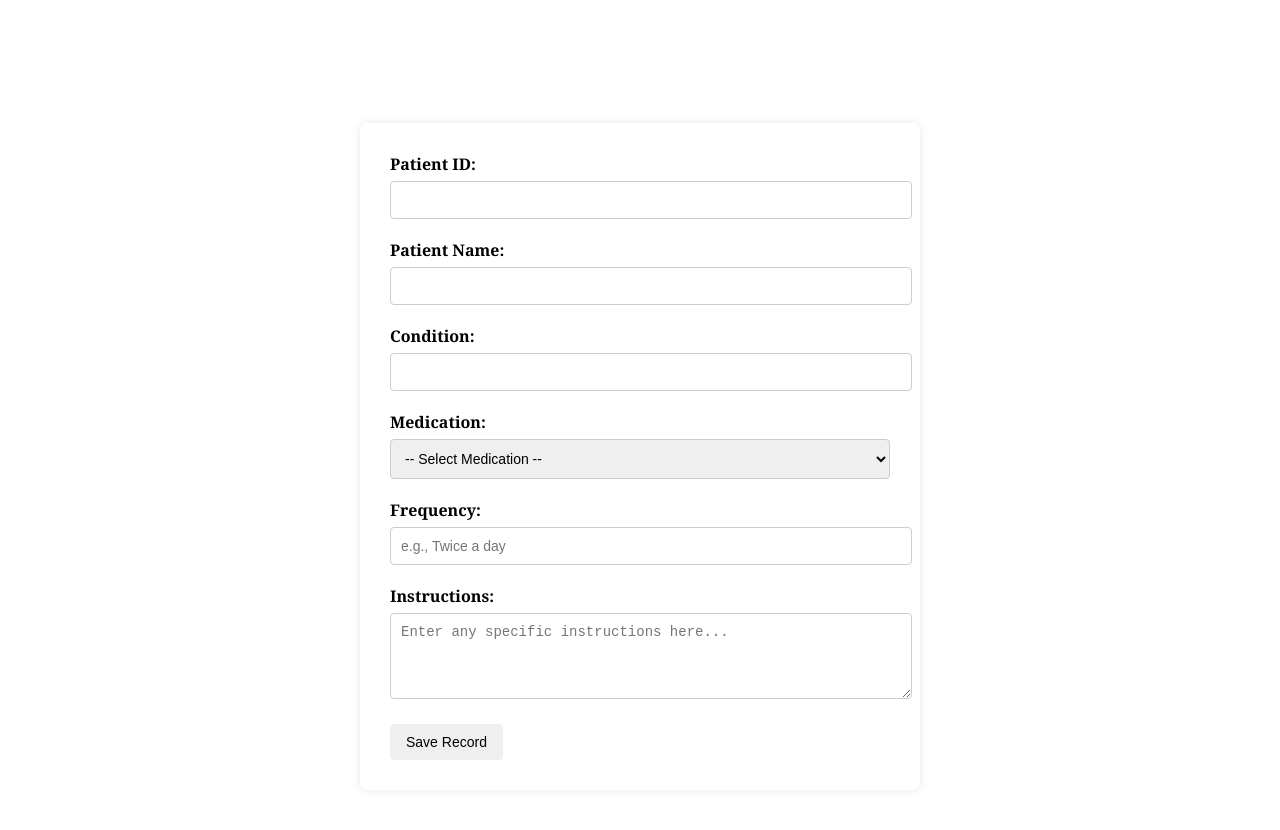
Repository: BinuriJ/HospitalSystem
Page: http://localhost/CyborgSys/DocDashCreate.jsp
The author's editor kept a copy of each file at every save. The page is drawn from the files as they stood at one save, then again after the next save.
The browser window is 1280 px wide. The pictures show the whole page.
The page is served by Tomcat 9.

Above is the page before, as saved 2025-05-10 05:47:41.

### CyborgSys/WebContent/DocDashCreate.jsp
<%@ page language="java" contentType="text/html; charset=UTF-8"
    pageEncoding="UTF-8"%>
<!DOCTYPE html>
<%@ include file="DocterDashboardstyles.jsp" %>
<html>
<head>
<meta charset="UTF-8">
<title>Create new record</title>
</head>

<body>

<h2>Create New Patient Record</h2>

<form action="submitRecord.jsp" method="post">
    <label for="patientId">Patient ID:</label>
    <input type="text" id="patientId" name="patientId" required>

    <label for="patientName">Patient Name:</label>
    <input type="text" id="patientName" name="patientName" required>

    <label for="condition">Condition:</label>
    <input type="text" id="condition" name="condition" required>

    <label for="medication">Medication:</label>
    <select id="medication" name="medication" required>
        <option value="">-- Select Medication --</option>
        <option value="Paracetamol">Paracetamol</option>
        <option value="Ibuprofen">Ibuprofen</option>
        <option value="Amoxicillin">Amoxicillin</option>
        <option value="Azithromycin">Azithromycin</option>
    </select>

    <label for="frequency">Frequency:</label>
    <input type="text" id="frequency" name="frequency" placeholder="e.g., Twice a day" required>

    <label for="instructions">Instructions:</label>
    <textarea id="instructions" name="instructions" rows="4" cols="40" placeholder="Enter any specific instructions here..."></textarea>

    <button class="btn btn-submit" type="submit">Save Record</button>
</form>


</body>
</html>

### CyborgSys/WebContent/DocterDashboardstyles.jsp
<style>
body {
    font-family: Cambria, sans-serif;
    padding: 40px;
    margin: 0;
    background-color: white;
}

.top-bar {
    background-color: darkblue;
    color: white;
    padding: 15px 20px;
    display: flex;
    justify-content: space-between;
    align-items: center;
}

.container {
    padding: 20px;
}

.header {
    display: flex;
    justify-content: space-between;
    align-items: center;
    margin-bottom: 20px;
}

.btn {
    padding: 10px 16px;
    border: none;
    border-radius: 4px;
    cursor: pointer;
    font-size: 14px;
}

.btn-create {
    background-color: green;
    color: white;
}

.btn-create:hover {
    background-color: darkgreen;
}

.btn-edit {
    background-color: green;
    color: white;
}

.btn-edit:hover {
    background-color: darkgreen;
}

.btn-delete {
    background-color: red;
    color: white;
}

.btn-delete:hover {
    background-color: darkred;
}


table {
    width: 100%;
    border-collapse: collapse;
    background-color: white;
}

th, td {
    border: 1px solid #ddd;
    padding: 12px;
    text-align: center;
}

th {
    background-color: #f2f2f2;
}

.actions {
    display: flex;
    gap: 10px;
}

h2 {
    text-align: center;
    margin-bottom: 30px;
    color: white;
}

form {
    max-width: 500px;
    margin: 0 auto;
    background-color: white;
    padding: 30px;
    border-radius: 8px;
    box-shadow: 0 0 10px rgba(0,0,0,0.1);
}

label {
    display: block;
    margin-bottom: 6px;
    font-weight: bold;
    color: black;
}

input[type="text"],
select,
textarea {
    width: 100%;
    padding: 10px;
    margin-bottom: 20px;
    border: 1px solid #ccc;
    border-radius: 4px;
    font-size: 14px;
}

textarea {
    resize: vertical;
}








</style>

After the next save:
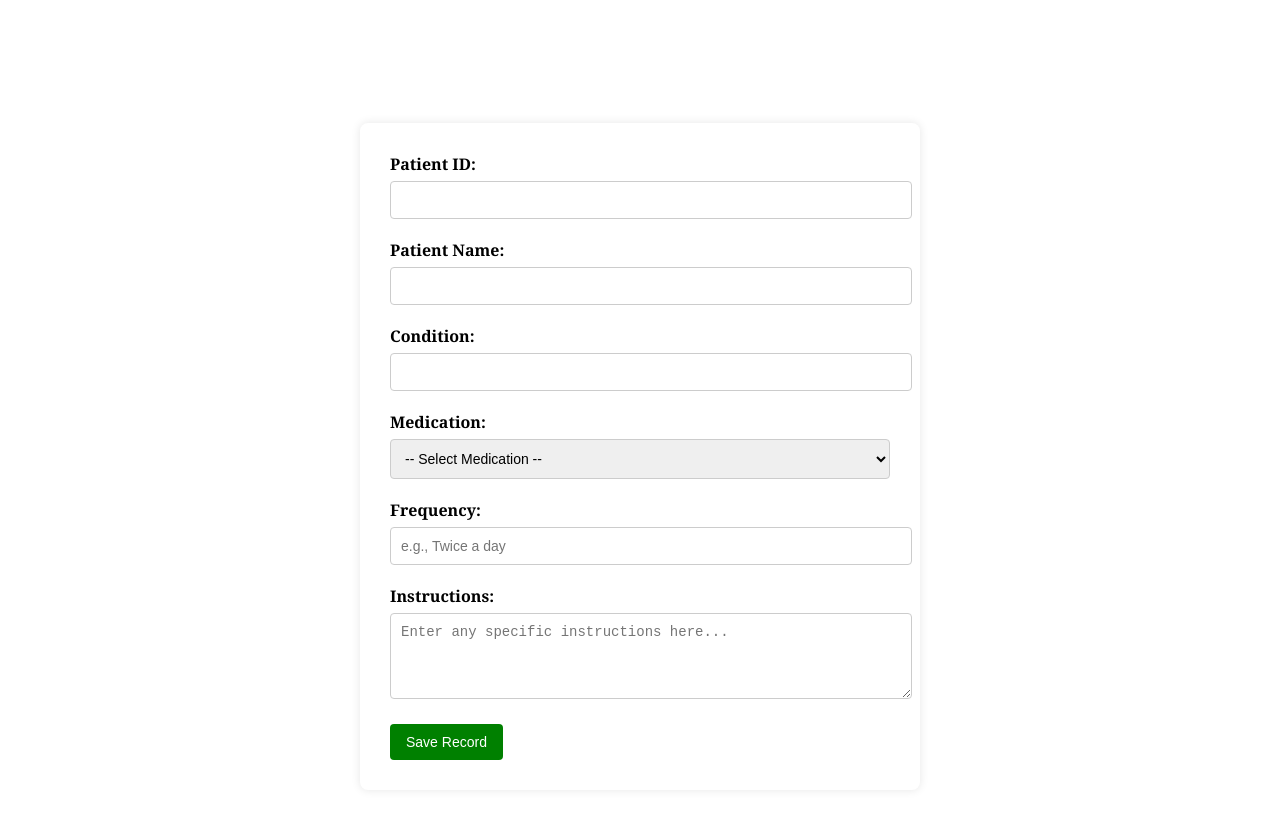
Saved 39 s later.
--- a/CyborgSys/WebContent/DocterDashboardstyles.jsp
+++ b/CyborgSys/WebContent/DocterDashboardstyles.jsp
@@ -59,6 +59,15 @@ body {
 
 .btn-delete:hover {
     background-color: darkred;
+}
+
+.btn-submit {
+    background-color: green;
+    color: white;
+}
+
+.btn-submit:hover {
+    background-color: darkgreen;
 }
 
 
